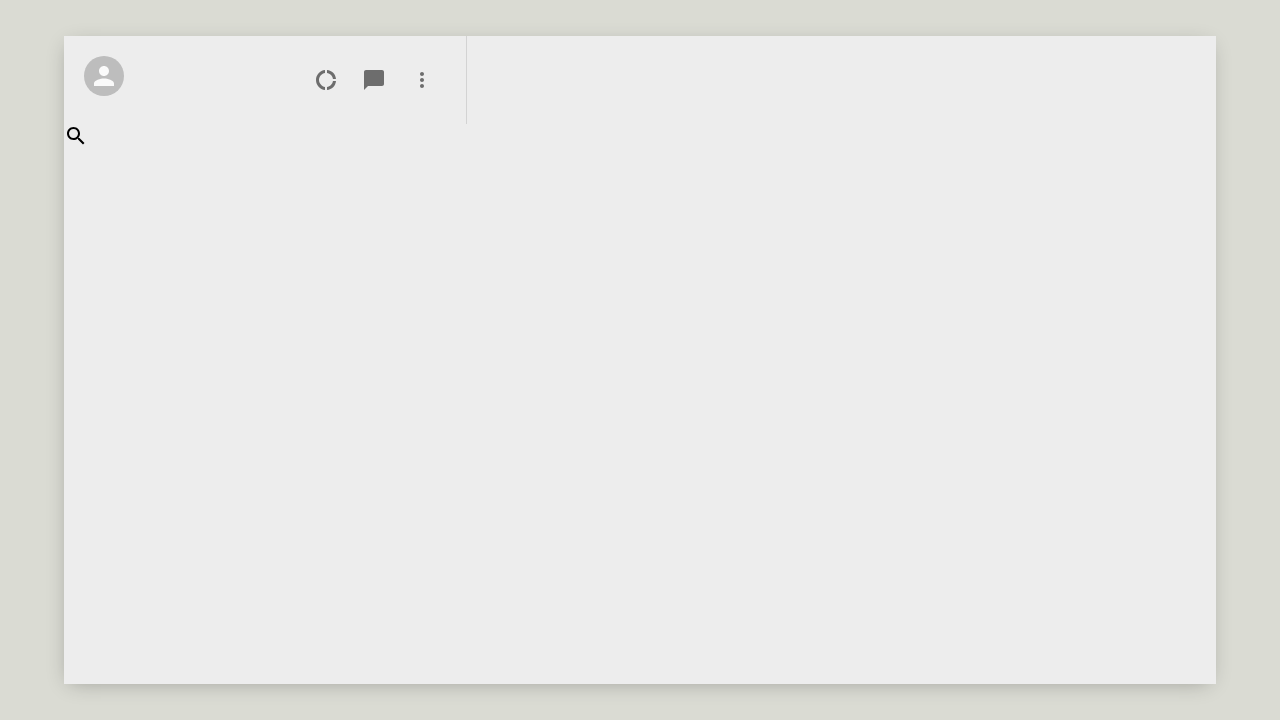
Repository: Prafullkuma/whatsappclon
Page: /
These files come from the project's save history. The page is drawn as it stood at one moment and after the next save; the edit follows.
The browser window is 1280 px wide. The pictures show the whole page.
The project was rebuilt for these pictures with package versions that can differ from the ones it lists, and the page was loaded fresh each time.

Above is the page before, as saved 2020-08-19 11:59:02.

After the next save:
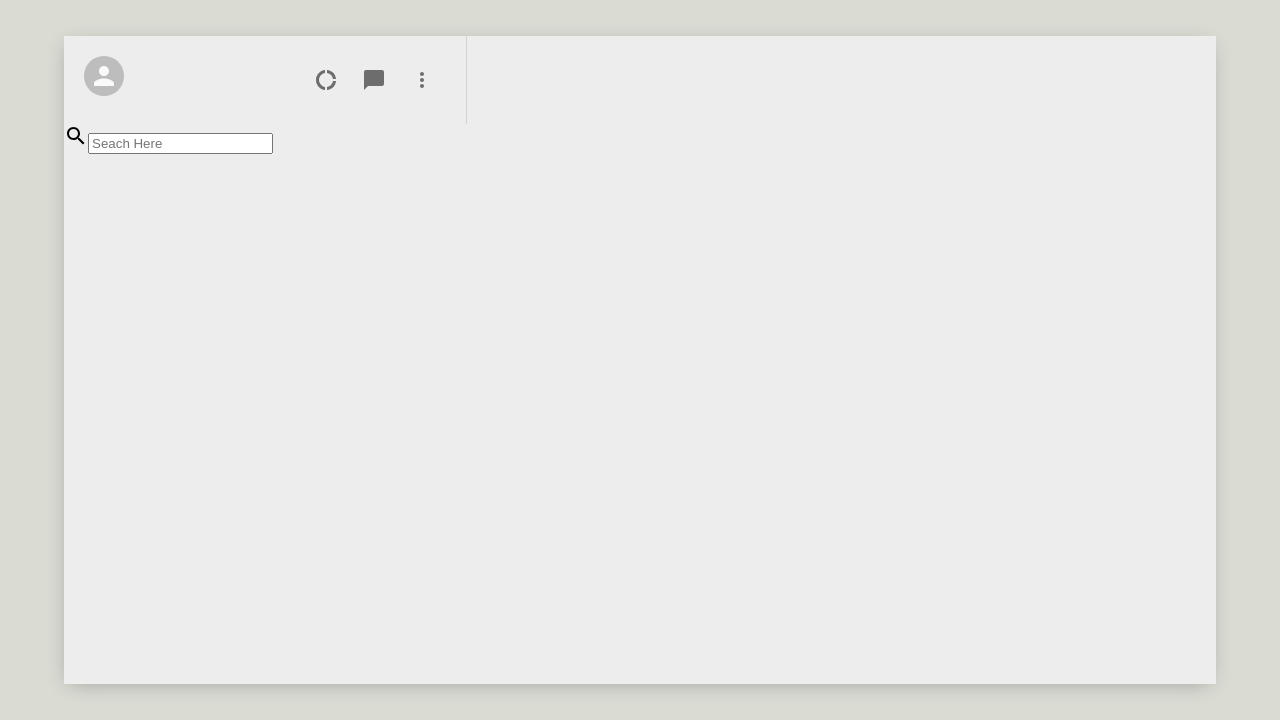
Saved 42 s later.
--- a/src/Component/Sidebar.js
+++ b/src/Component/Sidebar.js
@@ -24,6 +24,8 @@ function Slidebar() {
             </div>
             <div className="sidebar_search">
                 <SearchIcon />
+                <input type="text"
+                    placeholder="Seach Here" />
             </div>
             <div className="sidebar_chat">
 
